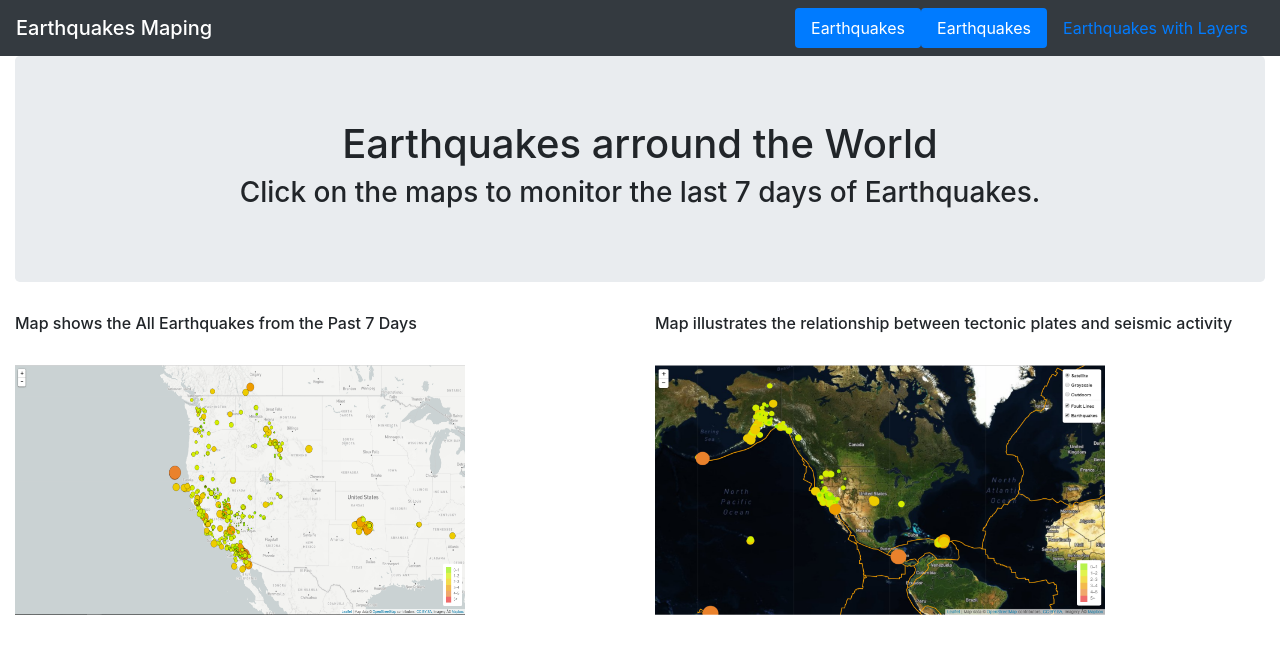
Repository: ermiasgelaye/leaflet-challenge
Page: index.html
The author's editor kept a copy of each file at every save. The page is drawn from the files as they stood at one save, then again after the next save.
The browser window is 1280 px wide. The pictures show the whole page.

Above is the page before, as saved 2020-09-18 21:42:51.

### index.html
<!DOCTYPE html>
<html lang="en">

<head>
    <meta charset="UTF-8" />
    <meta name="viewport" content="width=device-width, initial-scale=1.0" />
    <meta http-equiv="X-UA-Compatible" content="ie=edge" />
    <title>Earthquakes Challenge</title>
    <link rel="stylesheet" href="https://stackpath.bootstrapcdn.com/bootstrap/4.3.1/css/bootstrap.min.css" integrity="sha384-ggOyR0iXCbMQv3Xipma34MD+dH/1fQ784/j6cY/iJTQUOhcWr7x9JvoRxT2MZw1T" crossorigin="anonymous" />

    <!-- jQuery library -->
    <script src="https://ajax.googleapis.com/ajax/libs/jquery/3.4.1/jquery.min.js"></script>

    <!-- Latest compiled JavaScript -->
    <script src="https://maxcdn.bootstrapcdn.com/bootstrap/4.3.1/js/bootstrap.min.js"></script>
</head>

<body>
    <nav class="navbar navbar-dark bg-dark size_hide">
        <a href="index.html"><span class="navbar-brand mb-0 h1 back_color"
          >Earthquakes Maping</span
        ></a
      >

      <ul class="nav nav-pills">
        <li class="nav-item">
          <a class="nav-link active" href="Leaflet-Step-1/step-1.html"
            >Earthquakes</a
          >
        </li>

                <li class="nav-item">
                  <a class="nav-link active" href="Leaflet-Step-1/step-1.html">Earthquakes</a>
                </li>
        <li class="nav-item">
          <a class="nav-link" href="Leaflet-Step-2/step-2.html"
            >Earthquakes with Layers</a
          >
        </li>
      </ul>
    </nav>
    <div class="container-fluid">
      <div class="jumbotron text-center">
        <h1>Earthquakes arround the World</h1>
        <h3>
          Click on the maps to monitor the last 7 days of Earthquakes.
        </h3>
      </div>
      <div class="row">
        <div class="col-lg-6">
          <h6>Map shows the All Earthquakes from the Past 7 Days</h6>
          <br />
          <a href="Leaflet-Step-1/step-1.html"
            ><img
              src="images/2-BasicMap.png"
              alt="Mapping without Layers"
              width="450"
              height="250"
          /></a>
        </div>
        <div class="col-lg-6">
            <h6>
                Map illustrates the relationship between tectonic plates and seismic activity
            </h6>
            <br />
            <a href="Leaflet-Step-2/step-2.html">
                <img src="images/5-Advanced.png" alt="Mapping with Layers" width="450" height="250" /></a>
        </div>
        </div>
        </div>
</body>

</html>

After the next save:
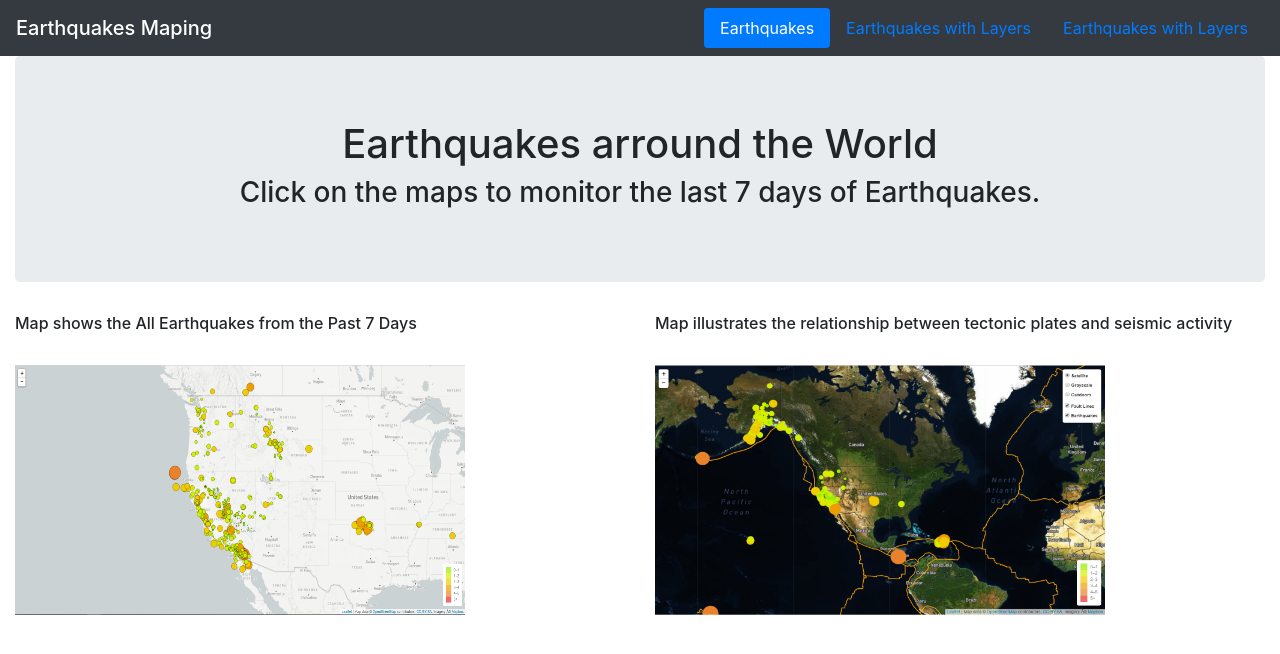
Saved 22 s later.
--- a/index.html
+++ b/index.html
@@ -30,7 +30,7 @@
         </li>
 
                 <li class="nav-item">
-                  <a class="nav-link active" href="Leaflet-Step-1/step-1.html">Earthquakes</a>
+                  <a class="nav-link" href="Leaflet-Step-2/step-2.html">Earthquakes with Layers</a
                 </li>
         <li class="nav-item">
           <a class="nav-link" href="Leaflet-Step-2/step-2.html"

After the save that followed:
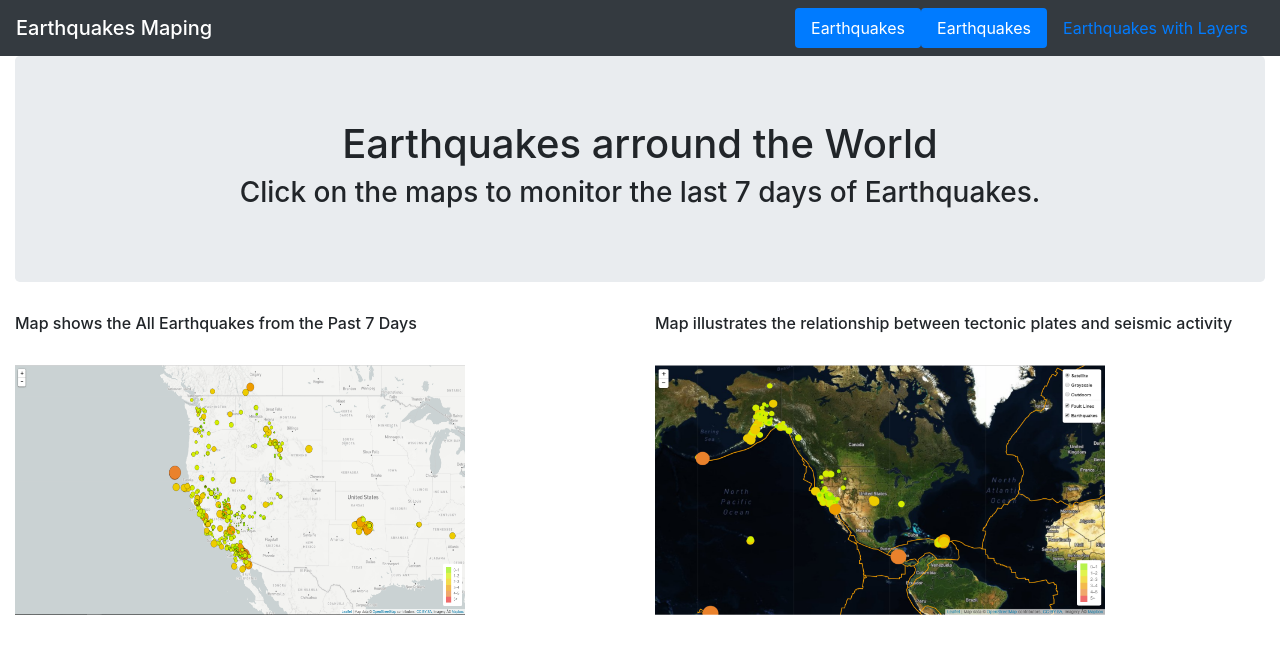
Saved 8 s later.
--- a/index.html
+++ b/index.html
@@ -30,7 +30,7 @@
         </li>
 
                 <li class="nav-item">
-                  <a class="nav-link" href="Leaflet-Step-2/step-2.html">Earthquakes with Layers</a
+                  <a class="nav-link active" href="Leaflet-Step-1/step-1.html">Earthquakes</a>
                 </li>
         <li class="nav-item">
           <a class="nav-link" href="Leaflet-Step-2/step-2.html"
